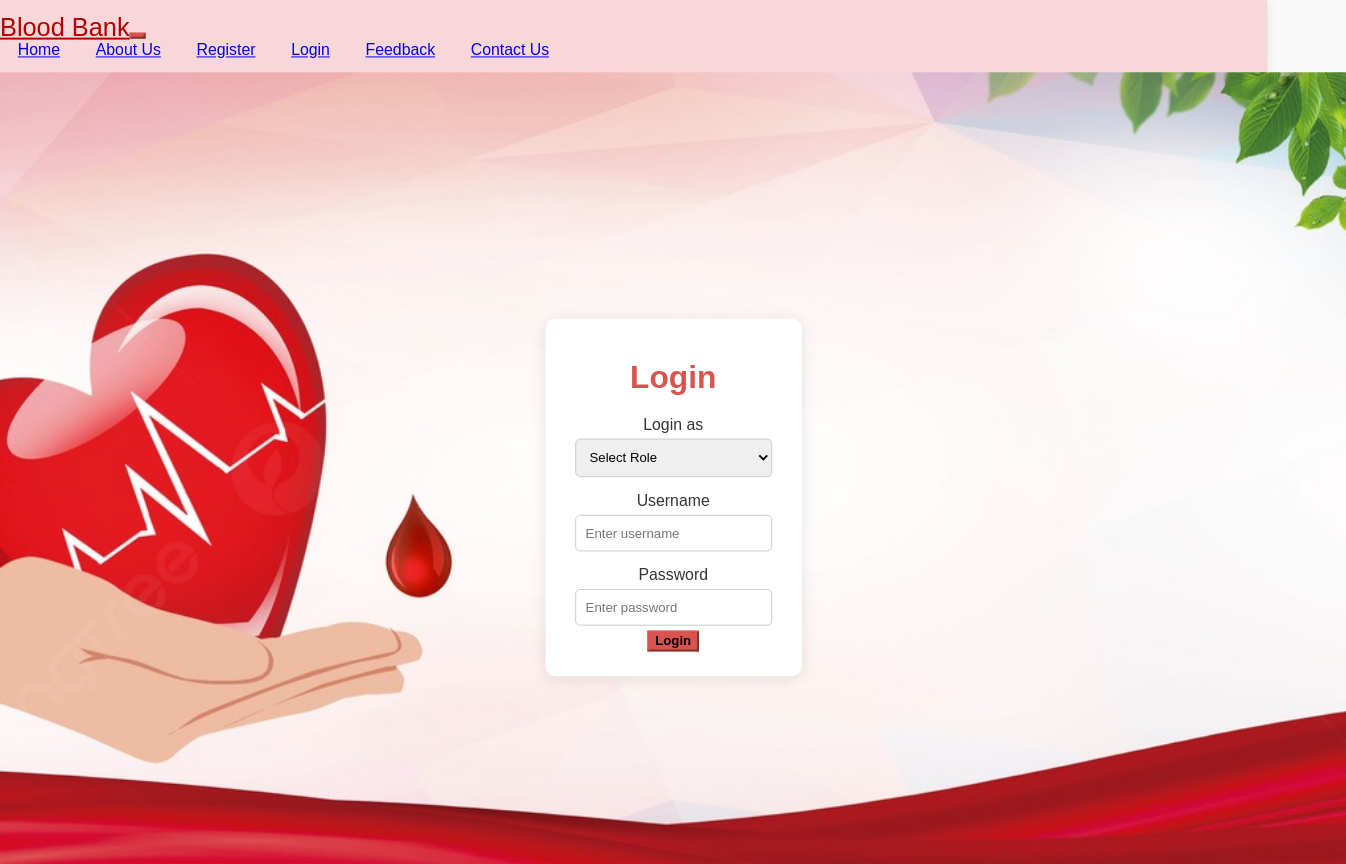
Repository: krismehta02/MINI-PROJECT-MAY
Page: /login (app in blood-donation-frontend/)
These files come from the project's save history. The page is drawn as it stood at one moment and after the next save; the edit follows.
The browser window is 1280 px wide. The page is 1360 px wide, then 1280 px, so the pictures cover 1360 px, including what lies to the right of the window. The pictures show the whole page, at 99% of full size.
The project was rebuilt for these pictures with package versions that can differ from the ones it lists, and the page was loaded fresh each time. Also part of the build but not shown: blood-donation-frontend/vite.config.js, blood-donation-frontend/src/pages/Home.jsx, blood-donation-frontend/src/pages/AboutUs.jsx, blood-donation-frontend/src/pages/Register.jsx, blood-donation-frontend/src/pages/Feedback.jsx, blood-donation-frontend/src/pages/ContactUs.jsx, blood-donation-frontend/src/pages/PatientDashboard.jsx, blood-donation-frontend/src/pages/DonorDashboard.jsx.

Above is the page before, as saved 2025-05-12 08:49:48.

### blood-donation-frontend/src/index.css
body {
  font-family: Arial, sans-serif;
  background-color: #f9f9f9;
  margin: 0;
  padding: 0;
}

.container {
  background-color: #ffffff;
  padding: 20px 30px;
  border-radius: 10px;
  box-shadow: 0 2px 15px rgba(0,0,0,0.1);
  margin-bottom: 40px;
  margin-top: 100px; /* Prevent navbar overlap */
  max-width: 900px; /* Set max width for page content */
  margin-left: auto;
  margin-right: auto;
  text-align: center;
}

.container h1 {
  color: #d9534f;
  margin-bottom: 20px;
}

.container textarea {
  resize: none;
}

button {
  background-color: #d9534f;
  border-color: #d9534f;
}

button:hover {
  background-color: #c9302c;
  border-color: #ac2925;
}

.container label {
  font-weight: bold;
}

.container textarea {
  margin-bottom: 20px;
  border-radius: 5px;
  padding: 10px;
}

### blood-donation-frontend/src/App.jsx
import React from 'react';
import { BrowserRouter as Router, Routes, Route } from 'react-router-dom';
import AppNavbar from './components/Navbar';
import Home from './pages/Home';
import AboutUs from './pages/AboutUs';
import Register from './pages/Register';
import Login from './pages/Login';
import Feedback from './pages/Feedback';
import ContactUs from './pages/ContactUs';
import PatientDashboard from './pages/PatientDashboard';
import DonorDashboard from './pages/DonorDashboard'; // New import

function App() {
  return (
    <Router>
      <AppNavbar />
      <Routes>
        <Route path="/" element={<Home />} />
        <Route path="/about" element={<AboutUs />} />
        <Route path="/register" element={<Register />} />
        <Route path="/login" element={<Login />} />
        <Route path="/feedback" element={<Feedback />} />
        <Route path="/contact" element={<ContactUs />} />
        {/* Protected Dashboard Routes */}
        <Route path="/patient-dashboard" element={<PatientDashboard />} />
        <Route path="/donor-dashboard" element={<DonorDashboard />} /> {/* New route */}
      </Routes>
    </Router>
  );
}

export default App;

### blood-donation-frontend/src/components/Navbar.jsx
import { Container, Nav, Navbar } from "react-bootstrap";
import { Link } from "react-router-dom";

function AppNavbar() {
  return (
    <Navbar
      expand="lg"
      sticky="top"
      style={{
        backgroundColor: "#f8d7da",
        paddingTop: "0.8rem",
        paddingBottom: "0.8rem",
        boxShadow: "0 2px 10px rgba(0, 0, 0, 0.1)",
      }}
    >
      <Container fluid="md">
        <Navbar.Brand
          as={Link}
          to="/"
          className="fw-bold"
          style={{ fontSize: "1.6rem", color: "#b30000" }}
        >
          Blood Bank
        </Navbar.Brand>

        <Navbar.Toggle aria-controls="navbar-nav" className="border-0" />
        <Navbar.Collapse id="navbar-nav" className="justify-content-end">
          <Nav className="gap-2">
            {[
              { to: "/", label: "Home" },
              { to: "/about", label: "About Us" },
              { to: "/register", label: "Register" },
              { to: "/login", label: "Login" },
              { to: "/feedback", label: "Feedback" },
              { to: "/contact", label: "Contact Us" },
            ].map((item, index) => (
              <Nav.Link
                key={index}
                as={Link}
                to={item.to}
                className="btn btn-outline-danger"
                style={{
                  borderRadius: "30px",
                  padding: "6px 18px",
                  fontWeight: 500,
                }}
              >
                {item.label}
              </Nav.Link>
            ))}
          </Nav>
        </Navbar.Collapse>
      </Container>
    </Navbar>
  );
}

export default AppNavbar;

### blood-donation-frontend/src/pages/Login.jsx
import React, { useState } from 'react';
import { Form, Button } from 'react-bootstrap';
import { useNavigate } from 'react-router-dom';
import axios from 'axios';

function Login() {
  const [role, setRole] = useState('');
  const [username, setUsername] = useState('');
  const [password, setPassword] = useState('');
  const navigate = useNavigate();

  // Handle input changes
  const handleRoleChange = (e) => setRole(e.target.value);
  const handleUsernameChange = (e) => setUsername(e.target.value);
  const handlePasswordChange = (e) => setPassword(e.target.value);

  // Handle form submission
  const handleSubmit = async (e) => {
    e.preventDefault();

    // Basic validation
    if (username.trim() === "" || password.trim() === "" || role.trim() === "") {
      alert("Username, password, and role cannot be empty.");
      return;
    }

    try {
      // Send login request to the backend
      const response = await axios.post('http://localhost:5000/login', {
        role,
        username,
        password,
      });

      // If login is successful, store the token and redirect
      const { message, token } = response.data;
      alert(message);

      // Store the token in localStorage for persistence
      localStorage.setItem('authToken', token);
      console.log(token);

      // Redirect to the appropriate dashboard based on role
      if (role === 'patient') {
        navigate('/patient-dashboard');
      } else if (role === 'donor') {
        navigate('/donor-dashboard');
      }

    } catch (error) {
      // Handle login errors
      if (error.response) {
        alert(error.response.data.message || 'Login failed');
      } else {
        alert('Network error. Please try again later.');
      }

      // Reset the form fields after a failed login attempt
      setUsername('');
      setPassword('');
    }
  };

  return ( <div
      className="login-page"
       style={{
        backgroundImage: `url("/Videos/login_bg.jpg")`,
        backgroundSize: 'cover',
        backgroundPosition: 'center',
        backgroundRepeat: 'no-repeat',
        minHeight: '100vh',
        width: '100vw',  // Full width for body
        display: 'flex',
        alignItems: 'center',
        justifyContent: 'center',
        padding: '40px',
        margin: 0  // Remove any body margin
      }}
      >
  <div className="container mt-5 login-form-container">
      <h1>Login</h1>
      <Form onSubmit={handleSubmit}>
        {/* User Role Dropdown */}
        <Form.Group controlId="formRole">
          <Form.Label>Login as</Form.Label>
          <Form.Control as="select" value={role} onChange={handleRoleChange} required>
            <option value="">Select Role</option>
            <option value="patient">Patient</option>
            <option value="donor">Donor</option>
          </Form.Control>
        </Form.Group>

        {/* Username Field */}
        <Form.Group controlId="formUsername" className="mt-3">
          <Form.Label>Username</Form.Label>
          <Form.Control
            type="text"
            placeholder="Enter username"
            value={username}
            onChange={handleUsernameChange}
            required
          />
        </Form.Group>

        {/* Password Field */}
        <Form.Group controlId="formPassword" className="mt-3">
          <Form.Label>Password</Form.Label>
          <Form.Control
            type="password"
            placeholder="Enter password"
            value={password}
            onChange={handlePasswordChange}
            required
          />
        </Form.Group>

        {/* Submit Button */}
        <Button variant="primary" type="submit" className="mt-3">
          Login
        </Button>
      </Form>
    </div>
    </div>
  );
}

export default Login;

### blood-donation-frontend/src/Home.css
/* Hero Video Banner */
.video-container {
  position: relative;
 height: 65vh;
  overflow: hidden;
  margin-top: 70px;

}
.video-container video.hero-video {
  width: 100%;
  height:100%;
  object-fit: cover;
  top:0;
  left:0;
}


.welcome-card {
  background-color: rgba(255, 255, 255, 0.95);
  border-radius: 20px;
  box-shadow: 0 8px 24px rgba(0, 0, 0, 0.1);
  transition: transform 0.3s;
}
.welcome-card:hover {
  transform: scale(1.01);
}


.did-you-know-card {
  background-color: rgba(255, 255, 255, 0.92);
  border-radius: 15px;
  box-shadow: 0 4px 20px rgba(0, 0, 0, 0.1);
  margin-top: 2rem;
}
.did-you-know-card ul {
  list-style: none;
  padding-left: 0;
}
.did-you-know-card li {
  font-weight: 500;
  font-size: 1.05rem;
  color: #333;
  margin-bottom: 0.75rem;
}

/* Video Wrapper */
.video-wrapper {
  position: relative;
  width: 100%;
  border-radius: 12px;
  overflow: hidden;
  box-shadow: 0 4px 16px rgba(0, 0, 0, 0.1);
}

/* Responsive */
@media (max-width: 768px) {
  .video-container {
    height: 40vh;
  }
  .welcome-card,
  .did-you-know-card {
    padding: 1rem;
    margin: 1rem 0;
  }
  h1,
  h2 {
    font-size: 1.6rem;
  }
  p,
  li {
    font-size: 0.95rem;
  }


}

### blood-donation-frontend/src/Register.css
.register-background {
     background-image: url('/Videos/registeration_bg.jpg');
    background-size: cover;
    background-position: center;
    min-height: 80vh;
    padding-top: 10px;
  }

/*.register-container {
  max-width: 500px;
  margin: 50px auto;
  padding: 60px;
  background-color: #F48FB1;
  border: 2px solid #b80000;
  box-shadow: 0 0 10px rgba(0, 0, 0, 0.1);
  }*/

  .register-container {
    background-color: rgba(255, 255, 255, 0.2);
    backdrop-filter: blur(8px);
    border: 1px solid rgba(255, 255, 255, 0.3);
    box-shadow: 0 0 10px rgba(0, 0, 0, 0.3);
    padding: 30px;
    max-width: 500px;
    margin: 10px auto;
    border-radius: 10px;
    color: #0c0c0c;
  }


  .register-container h1 {
    text-align: center;
    color: #333;
    margin-bottom: 5px;
  }

  .register-container .form-label {
    display: block;
    margin-bottom: 10px;  /* This adds spacing between the label and the input */
    font-weight: 500;
  }

  .register-container .form-control {
    width: 100%;           /* fill the container */
    max-width: 500px;      /* optional: limit width */
    padding: 10px;
    border-radius: 5px;
  }

.form-group,
.mt-3 {
  margin-bottom: 5px;
}

/* Flex row container for horizontal layout */
.form-row {
    display: flex;
    gap: 20px;
    justify-content: space-between;
    margin-bottom: 10px;
  }

  /* Make both inputs in a row take equal space */
  .form-row .form-group {
    flex: 1;
  }


  form .form-label {
    font-weight: 500;
  }

  form .form-control {
    border-radius: 5px;
    padding: 10px;
  }

  button {
    font-weight: bold;
  }

### blood-donation-frontend/src/Feedback.css
.feedback-container {
    background-color: rgba(80, 40, 173, 0.2);
    backdrop-filter: blur(8px);
    border: 1px solid rgba(255, 255, 255, 0.3);
    box-shadow: 0 0 10px rgba(0, 0, 0, 0.3);
    padding: 100px;
    max-width: 500px;
    margin: 100px auto;
    border-radius: 10px;
    color: #0c0c0c;
  }

  /*.feedback-container h1 {
    text-align: center;
    color: #b71c1c;
    margin-bottom: 20px;
  }*/

  label {
    display: block;
    margin-top: 15px;
    margin-bottom: 5px;
    font-weight: bold;
    color: #333;
  }

  input,
  select,
  textarea {
    width: 100%;
    padding: 10px;
    border-radius: 5px;
    border: 1px solid #ccc;
    box-sizing: border-box;
  }

  /*button {
    margin-top: 20px;
    width: 100%;
    padding: 12px;
    background-color: #d32f2f;
    color: #fff;
    font-weight: bold;
    border: none;
    border-radius: 5px;
    cursor: pointer;
  }*/

  button:hover {
    background-color: #b71c1c;
  }

Loaded but not shown: blood-donation-frontend/index.html (common file); blood-donation-frontend/src/main.jsx (common file)

After the next save:
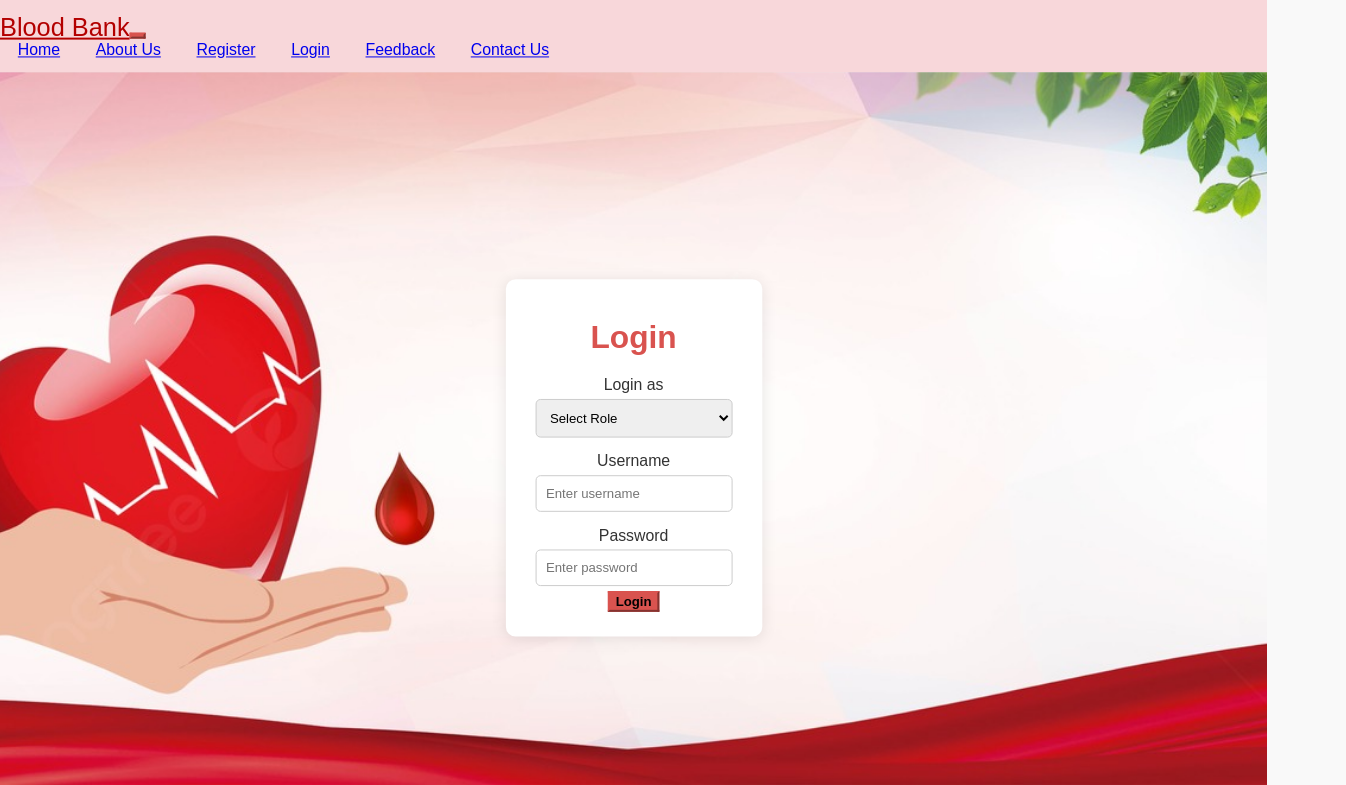
Saved 56 s later.
--- a/blood-donation-frontend/src/pages/Login.jsx
+++ b/blood-donation-frontend/src/pages/Login.jsx
@@ -69,12 +69,12 @@ function Login() {
         backgroundPosition: 'center',
         backgroundRepeat: 'no-repeat',
         minHeight: '100vh',
-        width: '100vw',  // Full width for body
+        width: '100vw',
+        margin: 0,
+        padding: 0,
         display: 'flex',
         alignItems: 'center',
-        justifyContent: 'center',
-        padding: '40px',
-        margin: 0  // Remove any body margin
+        justifyContent: 'center'
       }}
       >
   <div className="container mt-5 login-form-container">
